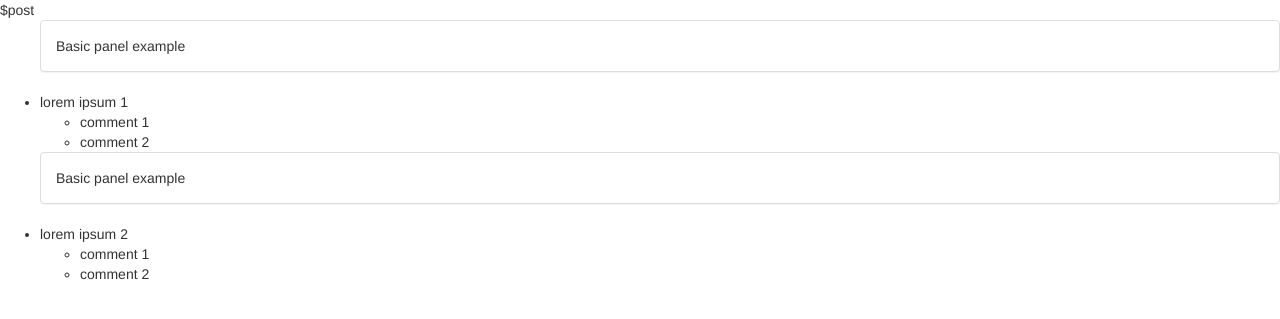
Repository: mhkafayi79/mohammad
Page: http://localhost/cfcfgcfgcfgcfg
The author's editor kept a copy of each file at every save. The page is drawn from the files as they stood at one save, then again after a run of saves.
The browser window is 1280 px wide. The pictures show the whole page.
The page is served by the project's Laravel application, run on PHP 8.4 with Laravel 8. Other server files are loaded and not shown.

Above is the page before, as saved 2020-10-11 16:02:24.

### routes/web.php
<?php

use App\Http\Controllers\homeController;
use Illuminate\Support\Facades\Route;

/*
|--------------------------------------------------------------------------
| Web Routes
|--------------------------------------------------------------------------
|
| Here is where you can register web routes for your application. These
| routes are loaded by the RouteServiceProvider within a group which
| contains the "web" middleware group. Now create something great!
|
*/

Route::get('/', function () {
    return view('welcome');
});
Route::get('cfcfgcfgcfgcfg', [homeController::class,'getpost']);

### app/Http/Controllers/homeController.php
<?php

namespace App\Http\Controllers;

use Illuminate\Http\Request;

class homeController extends Controller
{
    public function getpost()
    {

        $posts = ['lorem ipsum 1'=>['comment 1', 'comment 2'],'lorem ipsum 2'=>['comment 1', 'comment 2']];
        return view('welcome')->withPosts($posts);
    }
}

### resources/views/welcome.blade.php
<!DOCTYPE html>
<html lang="{{ str_replace('_', '-', app()->getLocale()) }}">

<head>
    <!-- Latest compiled and minified CSS -->
    <link rel="stylesheet" href="https://stackpath.bootstrapcdn.com/bootstrap/3.4.1/css/bootstrap.min.css" integrity="sha384-HSMxcRTRxnN+Bdg0JdbxYKrThecOKuH5zCYotlSAcp1+c8xmyTe9GYg1l9a69psu" crossorigin="anonymous">
</head>
$post

<body class="antialiased">
    <ul>
        @foreach($posts as $key => $post)
        <div class="panel panel-default">
            <div class="panel-body">
                Basic panel example
            </div>
        </div>
        <li>{{$key}}
            <ul>
                @foreach($post as $comment)

                <li>{{$comment}}</li>
                @endforeach

            </ul>
        </li>

        @endforeach
    </ul>
</body>

</html>

Loaded but not shown: app/Http/Controllers/Controller.php (common file)

After the next 2 saves:
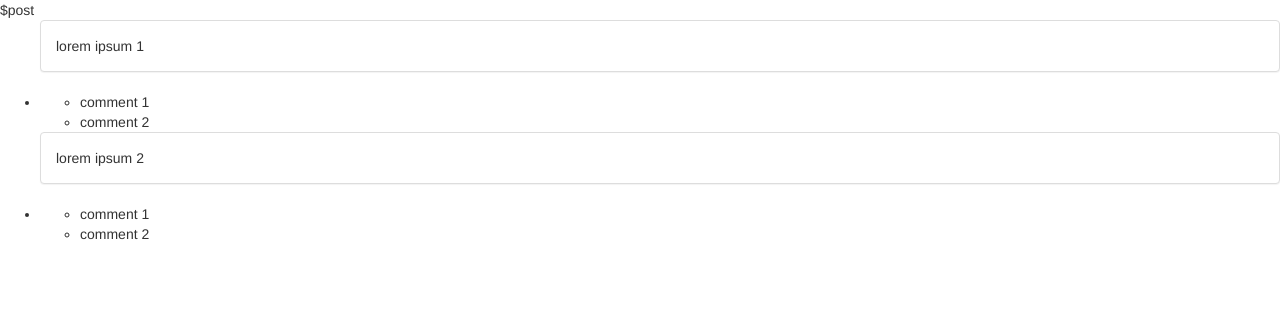
The 2 saves are shown as one change because they came seconds apart.
The last was saved 8 s later.
--- a/resources/views/welcome.blade.php
+++ b/resources/views/welcome.blade.php
@@ -12,10 +12,10 @@ $post
         @foreach($posts as $key => $post)
         <div class="panel panel-default">
             <div class="panel-body">
-                Basic panel example
+            {{$key}}
             </div>
         </div>
-        <li>{{$key}}
+        <li>
             <ul>
                 @foreach($post as $comment)
 
